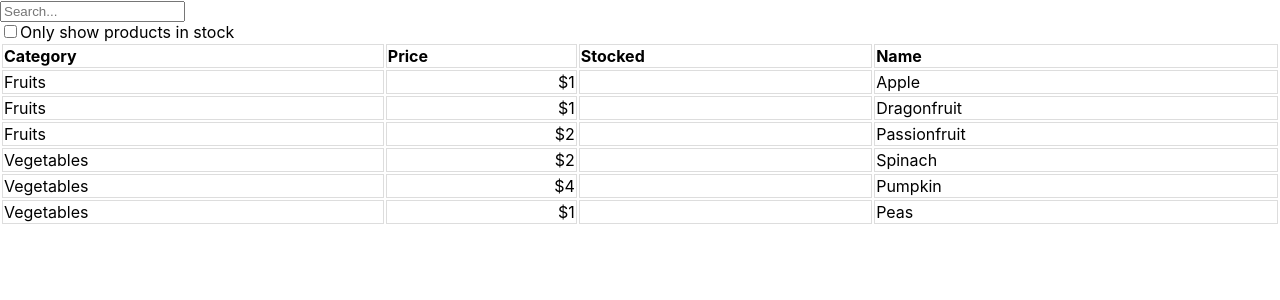
Repository: mariocapitbrok/reactjs-learn
Page: / (app in 05_filtered-data-table/)
These files come from the project's save history. The page is drawn as it stood at one moment and after the next save; the edit follows.
The browser window is 1280 px wide. The pictures show the whole page.
The project was rebuilt for these pictures with package versions that can differ from the ones it lists, and the page was loaded fresh each time.

Above is the page before, as saved 2023-02-26 01:55:36.

After the next save:
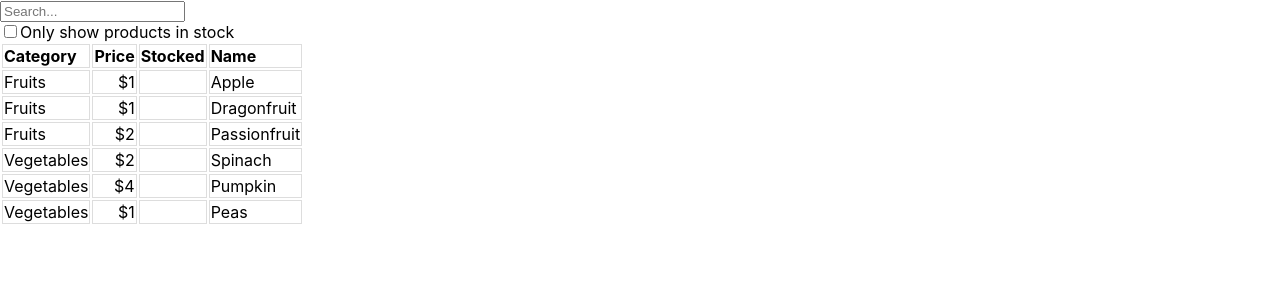
Saved 15 s later.
--- a/05_filtered-data-table/src/App.css
+++ b/05_filtered-data-table/src/App.css
@@ -1,7 +1,7 @@
 
 /* Table*/
 #my-table {
-  width: 100%;
+  width: 10%;
   min-width: 200px;
 }
 

After the 3 saves that followed:
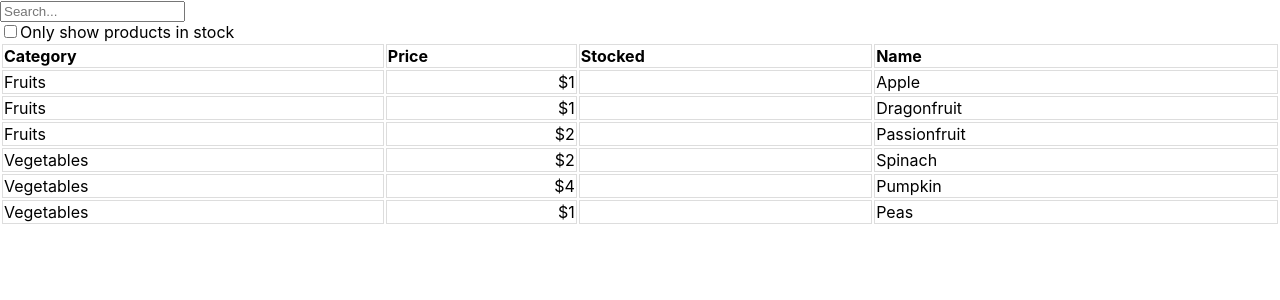
The 3 saves are shown as one change because 2 left the picture as it was.
The last was saved 29 s later.
--- a/05_filtered-data-table/src/App.css
+++ b/05_filtered-data-table/src/App.css
@@ -1,8 +1,7 @@
 
 /* Table*/
 #my-table {
-  width: 10%;
-  min-width: 200px;
+  width: 100%;
 }
 
 #my-table th {
